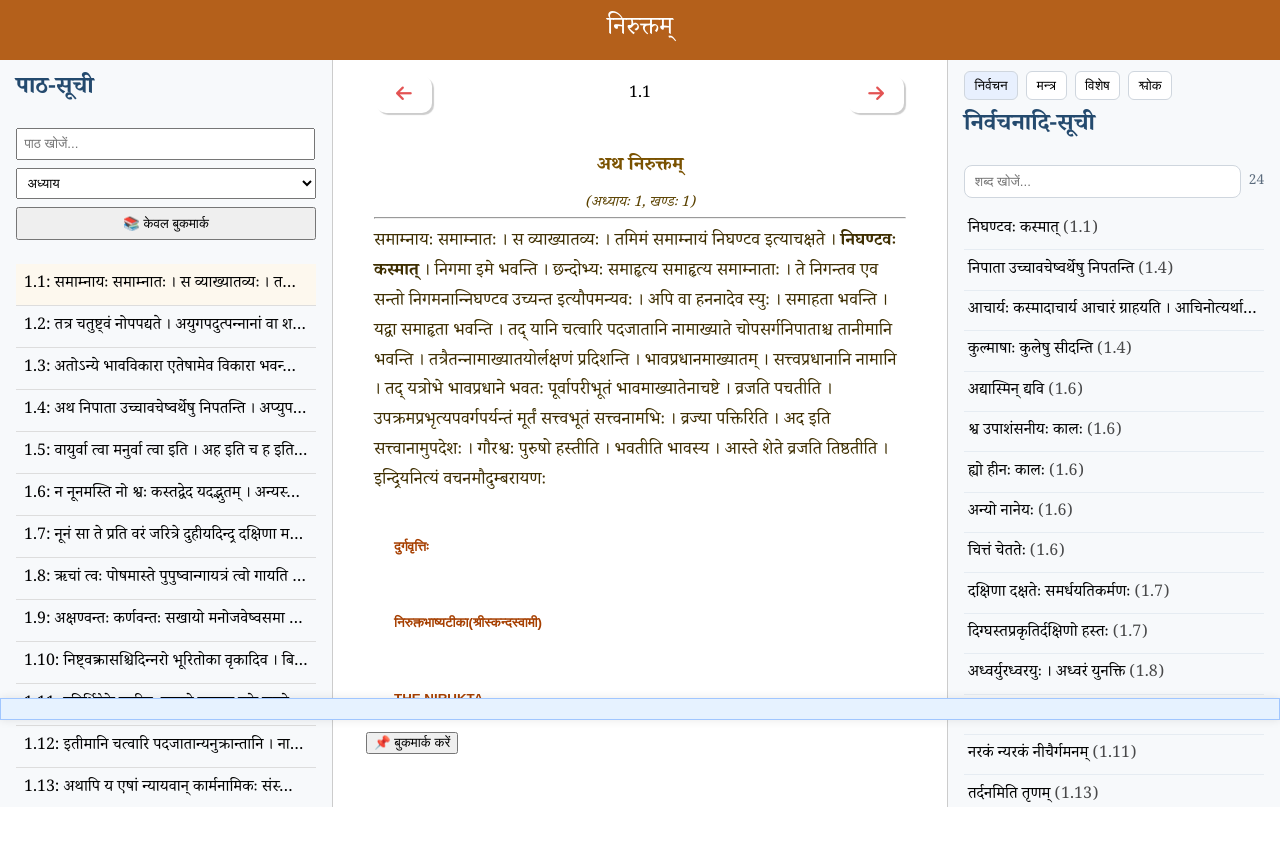
Repository: sanskritsphere/Niruktam
Page: index.html
These files come from the project's save history. The page is drawn as it stood at one moment and after the next save; the edit follows.
The browser window is 1280 px wide. The pictures show the whole page.
Some web fonts or font styles are not loaded; a fallback is used.

Above is the page before, as saved 2025-12-04 09:54:27.

### index.html
<!DOCTYPE html>
<html lang="sa">
<head>
  <meta charset="UTF-8">
  <meta name="viewport" content="width=device-width, initial-scale=1.0">
  <title>निरुक्तम्(1.1)</title>
  <link rel="stylesheet" type="text/css" href="style.css">
  <link rel="stylesheet" href="https://cdnjs.cloudflare.com/ajax/libs/font-awesome/6.5.0/css/all.min.css">
  <link href="https://fonts.googleapis.com/css2?family=Noto+Serif+Devanagari&family=Mukta&family=Tiro+Devanagari+Sanskrit&display=swap" rel="stylesheet">
  </head>
<body>
  <div class="loader" id="loader"></div>
  <div id="header">
    <span>निरुक्तम्</span>
  </div>
  <button class="menu-toggle" onclick="toggleSidebar()">☰</button>

  <aside id="sidebar">
    <h2>पाठ-सूची</h2>
    <input id="searchInput" oninput="leftSearch()" type="text" placeholder="पाठ खोजें...">
    <select id="filterAdhyay" name="selector"><option value=""></option></select>
    <button id="filterBookmarked">📚 केवल बुकमार्क</button>
       <ul id="sutraList"></ul>
  </aside>


  <div id="tipsBox"></div>
  <main onclick="toggleSidebar(true)">
    <div id="sutraContent"></div>
  </main>

   <aside id="markSidebar">
  <h2>निर्वचनादि-सूची</h2>

  <div class="markSearch">
    <input id="markSearchInput" type="search" placeholder="शब्द खोजें..." />
    <span id="markSearchCount"></span>
  </div>

  <ul id="markList"></ul>
</aside>


 <script src="script.js" defer></script>
</body>
</html>

### script.js
// =============== STATE ===============
let data = [];
let currentIndex = 0;
let listElements = [];

const TAGS = [
  { key: 'b', label: 'निर्वचन' },  // b(.*?)b
  { key: 'm', label: 'मन्त्र' },   // m(.*?)m
  { key: 'v', label: 'विशेष' },
  { key: 's', label: 'श्लोक'}     // v(.*?)v
];

const termsByTag = {};               // { b:[], m:[], v:[] }
TAGS.forEach(t => termsByTag[t.key] = []);

const bookmarked = new Set();
const doubts = JSON.parse(localStorage.getItem('doubts') || '[]');

const markState = { query: "", activeTag: 'b' };  // right sidebar
const leftSearchState = { q: "" };                // left sidebar search

// सिर्फ left-labels के लिए b...b unwrap (list label generate करते समय)
const MARK_RE_B = /b(.*?)b/g;


// =============== HELPERS ===============
function normalizeNFC(s){ return (s || "").normalize("NFC"); }

function escapeHTML(s=""){
  return s.replace(/[&<>"']/g, c => ({
    '&':'&amp;','<':'&lt;','>':'&gt;','"':'&quot;',"'":'&#39;'
  }[c]));
}

function highlightLabel(label="", q=""){
  label = normalizeNFC(label);
  q = normalizeNFC(q);
  const safe = escapeHTML(label);
  if(!q) return safe;
  const re = new RegExp(q.replace(/[.*+?^${}()|[\]\\]/g, '\\$&'), 'gi');
  return safe.replace(re, m => `<span class="mark">${m}</span>`);
}

function debounce(fn, wait = 200){
  let t;
  return (...args) => { clearTimeout(t); t = setTimeout(() => fn(...args), wait); };
}

function highlightDoubts(text, doubtTexts) {
  if (!text) return '';
  let out = text;
  doubtTexts.forEach(doubt => {
    const q = normalizeNFC(doubt);
    if (!q) return;
    const re = new RegExp(`(${q.replace(/[.*+?^${}()|[\]\\]/g, '\\$&')})`, 'g');
    out = out.replace(re, '<span class="doubt-highlight">$1</span>');
  });
  return out;
}

/* ========= main content temporary highlight after click ========= */
function flashSearchInMain(query, duration = 1600){
  query = (query || "").trim();
  if (!query) return;
  const container = document.getElementById('sutraContent');
  if (!container) return;

  const qN = normalizeNFC(query).toLowerCase();

  // remove previous flashes
  container.querySelectorAll('.main-flash').forEach(span => {
    const text = document.createTextNode(span.textContent);
    const p = span.parentNode;
    if (p) p.replaceChild(text, span);
  });

  // walk text nodes and wrap matches
  const walker = document.createTreeWalker(container, NodeFilter.SHOW_TEXT, null);
  let node, firstSpan = null;

  const wrapMatchesInNode = (textNode) => {
    const original = textNode.nodeValue;
    const origN = normalizeNFC(original);
    const hay = origN.toLowerCase();

    let start = 0, idx = hay.indexOf(qN, start);
    if (idx === -1) return;

    const parent = textNode.parentNode;
    const frag = document.createDocumentFragment();
    let pos = 0;

    while (idx !== -1) {
      const absStart = idx;
      const absEnd = idx + qN.length;

      const before = original.slice(pos, absStart);
      const match  = original.slice(absStart, absEnd);

      if (before) frag.appendChild(document.createTextNode(before));

      const span = document.createElement('span');
      span.className = 'main-flash';
      span.textContent = match;
      frag.appendChild(span);
      if (!firstSpan) firstSpan = span;

      pos = absEnd;
      start = absEnd;
      idx = hay.indexOf(qN, start);
    }
    const after = original.slice(pos);
    if (after) frag.appendChild(document.createTextNode(after));

    parent.replaceChild(frag, textNode);
  };

  while ((node = walker.nextNode())) {
    if (!node.parentElement) continue;
    const tag = node.parentElement.tagName;
    if (tag === 'SCRIPT' || tag === 'STYLE') continue;
    wrapMatchesInNode(node);
  }

  if (firstSpan) {
    firstSpan.scrollIntoView({ behavior: 'smooth', block: 'center' });
  }

  setTimeout(() => {
    container.querySelectorAll('.main-flash').forEach(span => {
      const text = document.createTextNode(span.textContent);
      const p = span.parentNode;
      if (p) p.replaceChild(text, span);
    });
  }, duration);
}
/* ========= /flash ========= */

/* ========= SINGLE-PASS tag collector: b/m/v/... =========
   किसी एक replace से सारे tags पकड़ो ताकि HTML inject होने के बाद regex न बिगड़े  */
function processAllTags(str, sutraIdx, field){
  let src = str || '';
  if (!src) return { html: '' };

  const keys = TAGS.map(t => t.key);                   // ['b','m','v',...]
  const re = new RegExp(`(${keys.join("|")})([\\s\\S]*?)\\1`, "g"); // (b|m|v) ... \1

  const counters = Object.fromEntries(keys.map(k => [k, 0]));

  const html = src.replace(re, (m, tagKey, inner) => {
    const i = counters[tagKey]++;
    const id = `mark-${tagKey}-${sutraIdx}-${field}-${i}`;
    const label = (inner || '').trim();

    // collect strictly into active tag bucket
    termsByTag[tagKey].push({ id, label, sutraIdx, field, tag: tagKey });

    // visible anchor (escape to avoid leaking tags)
    return `<span class="mark-anchor tag-${tagKey}" id="${id}"><b>${escapeHTML(label)}</b></span>`;
  });

  return { html };
}


// =============== RENDER: MAIN PANEL ===============
function renderSutra(index) {
  const sutra = data[index];
  if (!sutra) return;

  const doubtTexts = doubts.filter(d => d.index === sutra.index).map(d => d.text);
  const container = document.getElementById('sutraContent');
  if (!container) return;

  container.innerHTML = `
    <div class="sutra">
      <div class="sutra-btn">
        <button onclick="navigate(-1)"><i class="fas fa-arrow-left"></i></button>
        <p>${sutra.index}</p>
        <button onclick="navigate(1)"><i class="fas fa-arrow-right"></i></button>
      </div>

      <div class="section"><strong>अथ निरुक्तम्</strong>
        <div class="meta">(अध्यायः ${sutra.adhyay}, खण्डः ${sutra.khand})</div><hr>
        ${highlightDoubts(sutra.text, doubtTexts)}
      </div>

      <div class="section">
        <button class="toggle-btn" onclick="toggleExclusive('durg')">दुर्गवृत्तिः</button>
        <div id="durg" class="toggle-content"><hr>${highlightDoubts(sutra.durg, doubtTexts)}</div>
      </div>
      <div class="section">
        <button class="toggle-btn" onclick="toggleExclusive('skand')">निरुक्तभाष्यटीका(श्रीस्कन्दस्वामी)</button>
        <div id="skand" class="toggle-content"><hr>${highlightDoubts(sutra.skand, doubtTexts)}</div>
      </div>
       <div class="section">
        <button class="toggle-btn" onclick="toggleExclusive('vivaran')">THE NIRUKTA</button>
        <div id="vivaran" class="toggle-content"><hr>${highlightDoubts(sutra.vivaran, doubtTexts)}</div>
      </div>
      <button class="add-remove-bookmark" onclick="toggleBookmark(${index})">
        ${bookmarked.has(index) ? '🔖 बुकमार्क हटाएं' : '📌 बुकमार्क करें'}
      </button>
      <br><br><br><br>
    </div>
  `;

  listElements.forEach((el, i) => {
    el.classList.toggle('active', i === index);
    if (i === index) document.title = `นिरुक्त_(${sutra.index})`;
  });
}


// =============== LEFT LIST (always from plain) ===============
function populateSidebar() {
  const ul = document.getElementById('sutraList');
  if (!ul) return;

  ul.innerHTML = '';
  listElements = [];

  data.forEach((sutra, index) => {
    const base = `${sutra.index}: ${sutra.text_plain || ""}`.trim();
    const title = base;
    const label = base;

    const li = document.createElement('li');
    li.textContent = label;          // plain
    li.title = title;
    li.dataset.baseLabel = label;    // restore के लिए

    li.onclick = (e) => {
      e.stopPropagation();
      currentIndex = index;
      renderSutra(index);
      if (leftSearchState.q && leftSearchState.q.trim()) {
        setTimeout(() => flashSearchInMain(leftSearchState.q), 60);
      }
      toggleSidebar(true);
    };

    listElements.push(li);
    ul.appendChild(li);
  });
}

// master renderer: left search + adhyay + bookmark
function applyFilters() {
  const ul = document.getElementById('sutraList');
  if (!ul) return;

  const adhyayEl = document.getElementById('filterAdhyay');
  const bookmarkedBtn = document.getElementById('filterBookmarked');

  const adhyay = adhyayEl ? adhyayEl.value : "";
  const showBookmarked = bookmarkedBtn ? bookmarkedBtn.classList.contains('active') : false;

  const q = normalizeNFC((leftSearchState.q || "").toLowerCase());

  ul.innerHTML = '';

  listElements.forEach((li, i) => {
    const s = data[i];
    const passAdhyay   = (!adhyay || s.adhyay == adhyay);
    const passBookmark = (!showBookmarked || bookmarked.has(i));
    const passSearch   = (!q || (s._search || "").includes(q));

    if (passAdhyay && passBookmark && passSearch) {
      ul.appendChild(li);
    }
  });
}


// =============== RIGHT SIDEBAR (tabs + list) ===============
function buildMarkTabs(){
  const sidebar = document.getElementById('markSidebar');
  if (!sidebar) return;

  let tabs = document.getElementById('markTabs');
  if (!tabs){
    tabs = document.createElement('div');
    tabs.id = 'markTabs';
    tabs.style.display = 'flex';
    tabs.style.gap = '.5rem';
    tabs.style.marginBottom = '.5rem';
    tabs.style.flexWrap = 'wrap';
    const h2 = sidebar.querySelector('h2');
    if (h2 && h2.parentNode) h2.parentNode.insertBefore(tabs, h2);
    else sidebar.insertBefore(tabs, sidebar.firstChild);
  }

  tabs.innerHTML = '';
  TAGS.forEach(tag => {
    const btn = document.createElement('button');
    btn.className = 'mark-tab-btn';
    btn.textContent = tag.label;
    btn.dataset.tag = tag.key;
    btn.style.padding = '.35rem .6rem';
    btn.style.border = '1px solid #cfd6de';
    btn.style.borderRadius = '6px';
    btn.style.background = (markState.activeTag === tag.key) ? '#e8f0fe' : '#fff';
    btn.style.cursor = 'pointer';
    btn.setAttribute('aria-selected', markState.activeTag === tag.key ? 'true' : 'false');
    btn.onclick = () => {
      markState.activeTag = tag.key;
      buildMarkTabs();     // active style refresh
      renderMarkSidebar(); // list refresh
    };
    tabs.appendChild(btn);
  });
}

function renderMarkSidebar() {
  const ul = document.getElementById('markList');
  const countEl = document.getElementById('markSearchCount');
  if (!ul) return;

  const active = markState.activeTag || 'b';
  const source = termsByTag[active] || [];

  const q = normalizeNFC((markState.query || "").toLowerCase().trim());
  const filtered = q
    ? source.filter(t => normalizeNFC(t.label).toLowerCase().includes(q))
    : source;

  ul.innerHTML = '';

  filtered.forEach((t) => {
    const li = document.createElement('li');
    const idx = data[t.sutraIdx]?.index || '';
    li.innerHTML = `${highlightLabel(t.label, q)} <span style="opacity:.7">(${idx})</span>`;
    li.title = `${t.label} — सूक्त ${idx}`;
    li.onclick = (e) => {
      e.stopPropagation();
      currentIndex = t.sutraIdx;
      renderSutra(currentIndex);
      if (markState.query && markState.query.trim()) {
        setTimeout(() => flashSearchInMain(markState.query), 60);
      }
      setTimeout(() => {
        const el = document.getElementById(t.id);
        if (el) {
          el.classList.add('flash');
          el.scrollIntoView({ behavior: 'smooth', block: 'center' });
          setTimeout(() => el.classList.remove('flash'), 1500);
        }
      }, 50);
    };
    ul.appendChild(li);
  });

  if (countEl) countEl.textContent = String(filtered.length || 0);
}


// =============== FILTERS / NAV / TOGGLES ===============
function updateFilters() {
  const adhyaySet = new Set();
  data.forEach(s => adhyaySet.add(s.adhyay));
  const sel = document.getElementById('filterAdhyay');
  if (!sel) return;
  sel.innerHTML = '<option value="">अध्याय</option>' + [...adhyaySet].map(a => `<option>${a}</option>`).join('');
}

function navigate(offset) {
  const newIndex = currentIndex + offset;
  if (newIndex >= 0 && newIndex < data.length) {
    currentIndex = newIndex;
    renderSutra(currentIndex);
  }
}

function toggleBookmark(index) {
  bookmarked.has(index) ? bookmarked.delete(index) : bookmarked.add(index);
  renderSutra(index);
  applyFilters();
}

function toggleSidebar(forceClose = null) {
  const aside = document.getElementById('sidebar');
  if (!aside) return;
  if (forceClose === true) aside.classList.remove('open');
  else if (forceClose === false) aside.classList.add('open');
  else aside.classList.toggle('open');
}

function toggleExclusive(idToShow) {
  ['durg', 'skand'].forEach(id => {
    const el = document.getElementById(id);
    if (!el) return;
    el.style.display = id === idToShow && el.style.display !== 'block' ? 'block' : 'none';
  });
}


// =============== UI WIRING (bind after DOMContentLoaded) ===============
function wireUI(){

  // LEFT sidebar search input (always from plain dataset)
  const input = document.getElementById("searchInput");
  if (input){
    input.addEventListener('input', function() {
      leftSearchState.q = input.value || "";

      const filter = input.value.normalize("NFC").toUpperCase();
      const ul = document.getElementById("sutraList");
      const li = ul.getElementsByTagName("li");

      for (let i = 0; i < li.length; i++) {
        const base = (li[i].dataset.baseLabel || li[i].textContent || "").normalize("NFC");
        const idx = base.toUpperCase().indexOf(filter);

        if (idx > -1) {
          li[i].style.display = "";
          const before = base.slice(0, idx);
          const middle = base.slice(idx, idx + filter.length);
          const after  = base.slice(idx + filter.length);
          li[i].innerHTML = `${before}<span class="chihnit">${middle}</span>${after}`;
        } else {
          li[i].style.display = "none";
          li[i].textContent = base; // restore plain
        }
      }
    });
  }

  // Filters wiring
  const adhyaySelect = document.getElementById('filterAdhyay');
  if (adhyaySelect) adhyaySelect.onchange = applyFilters;

  const bookmarkedBtnEl = document.getElementById('filterBookmarked');
  if (bookmarkedBtnEl){
    bookmarkedBtnEl.onclick = function () {
      this.classList.toggle('active');
      applyFilters();
    };
  }

  // RIGHT sidebar search input
  const markSearchInput = document.getElementById('markSearchInput');
  if (markSearchInput){
    markState.query = ""; // init
    markSearchInput.addEventListener('input', debounce(e => {
      markState.query = e.target.value || "";
      renderMarkSidebar();
    }, 150));
  }

  // Build right tabs initially
  buildMarkTabs();
}


// =============== FETCH + PROCESS ===============
document.addEventListener('DOMContentLoaded', () => {
  wireUI();  // DOM ready

  fetch("data.json")
    .then(res => res.json())
    .then(json => {
      // reset buckets each load
      TAGS.forEach(t => { termsByTag[t.key] = []; });

      data = json.niruktam.map((item, i) => {
        // Plain versions for LEFT labels/search (strip all tags + unwrap b/m/v)
        const rawText  = item.text  || "";
        const rawDurg  = item.durg  || "";
        const rawSkand = item.skand || "";
        const rawVivaran = item.vivaran || "";

        const stripAll = s => (s || "")
          .replace(/<[^>]*>/g, "")
          .replace(/b(.*?)b/g, (_, p1)=> (p1||"").trim())
          .replace(/m(.*?)m/g, (_, p1)=> (p1||"").trim())
          .replace(/v(.*?)v/g, (_, p1)=> (p1||"").trim());

        const text_plain  = stripAll(rawText);
        const durg_plain  = stripAll(rawDurg);
        const skand_plain = stripAll(rawSkand);
        const vivaran_plain = stripAll(rawVivaran);

        // Left search key from plain text
        const searchKey = normalizeNFC((item.index + ': ' + text_plain)).toLowerCase();

        // Main HTML with anchors for ALL configured tags (single-pass)
        const pText  = processAllTags(item.text,  i, 'text');
        const pDurg  = processAllTags(item.durg,  i, 'durg');
        const pSkand = processAllTags(item.skand, i, 'skand');
        const pVivaran = processAllTags(item.skand, i, 'vivaran');

        return {
          ...item,
          text:  pText.html,
          durg:  pDurg.html,
          skand: pSkand.html,
          vivaran: pVivaran.html,
          text_plain,
          durg_plain,
          skand_plain,
          vivaran_plain,
          _search: searchKey
        };
      });

      // Left list + filters
      populateSidebar();
      updateFilters();
      applyFilters();

      // Main + Right side
      renderSutra(currentIndex);
      renderMarkSidebar();

      const loader = document.getElementById('loader');
      if (loader) loader.style.display = 'none';
    })
    .catch(err => {
      const cont = document.getElementById('sutraContent');
      if (cont) cont.innerText = 'Error loading data: ' + err.message;
      const loader = document.getElementById('loader');
      if (loader) loader.style.display = 'none';
    });
});

Loaded but not shown: data.json (4814 lines, source omitted); style.css (303 lines, source omitted)

After the next save:
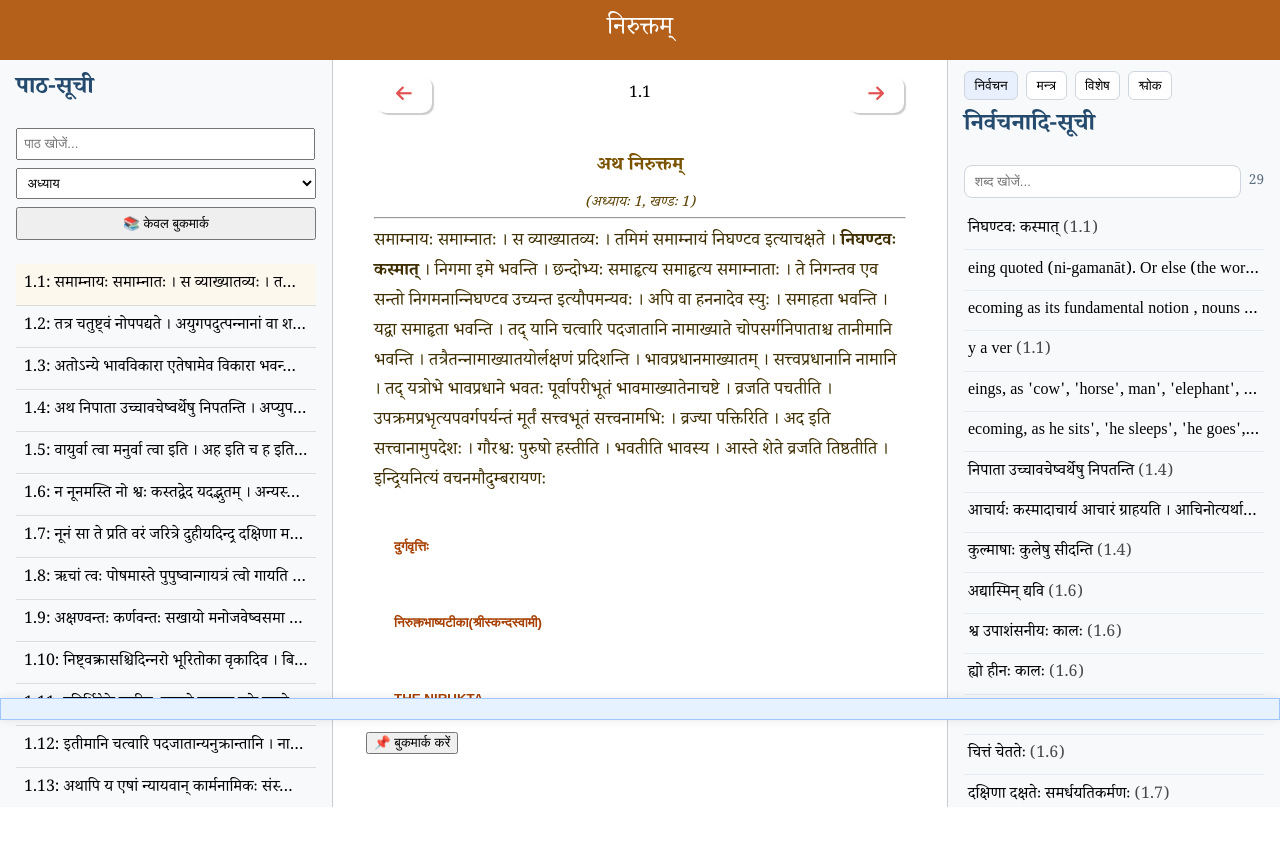
Saved 44 s later.
--- a/script.js
+++ b/script.js
@@ -487,7 +487,7 @@ document.addEventListener('DOMContentLoaded', () => {
         const pText  = processAllTags(item.text,  i, 'text');
         const pDurg  = processAllTags(item.durg,  i, 'durg');
         const pSkand = processAllTags(item.skand, i, 'skand');
-        const pVivaran = processAllTags(item.skand, i, 'vivaran');
+        const pVivaran = processAllTags(item.vivaran, i, 'vivaran');
 
         return {
           ...item,
